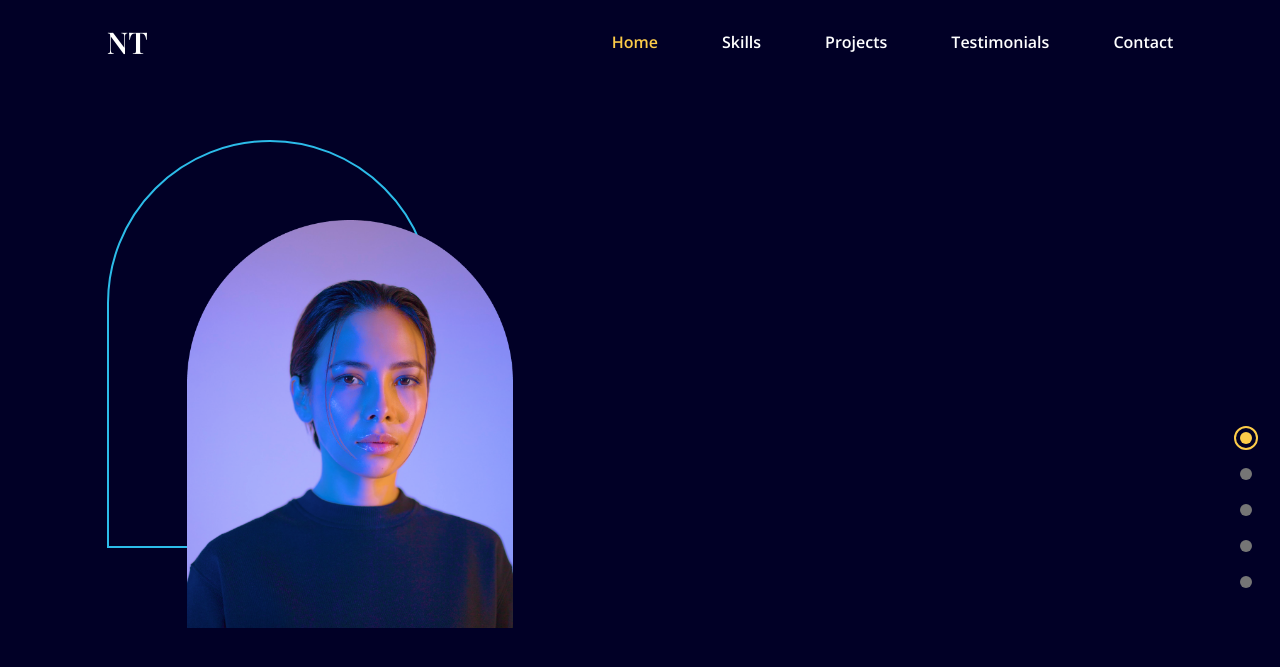
Repository: thibaultNicolas/portfolio-react
Page: /
These files come from the project's save history. The page is drawn as it stood at one moment and after a run of saves; the edit follows.
The browser window is 1280 px wide. The pictures show the whole page.
The project was rebuilt for these pictures with package versions that can differ from the ones it lists, and the page was loaded fresh each time. Also part of the build but not shown: next.config.ts.

Above is the page before, as saved 2023-01-08 10:35:42.

After the next 3 saves:
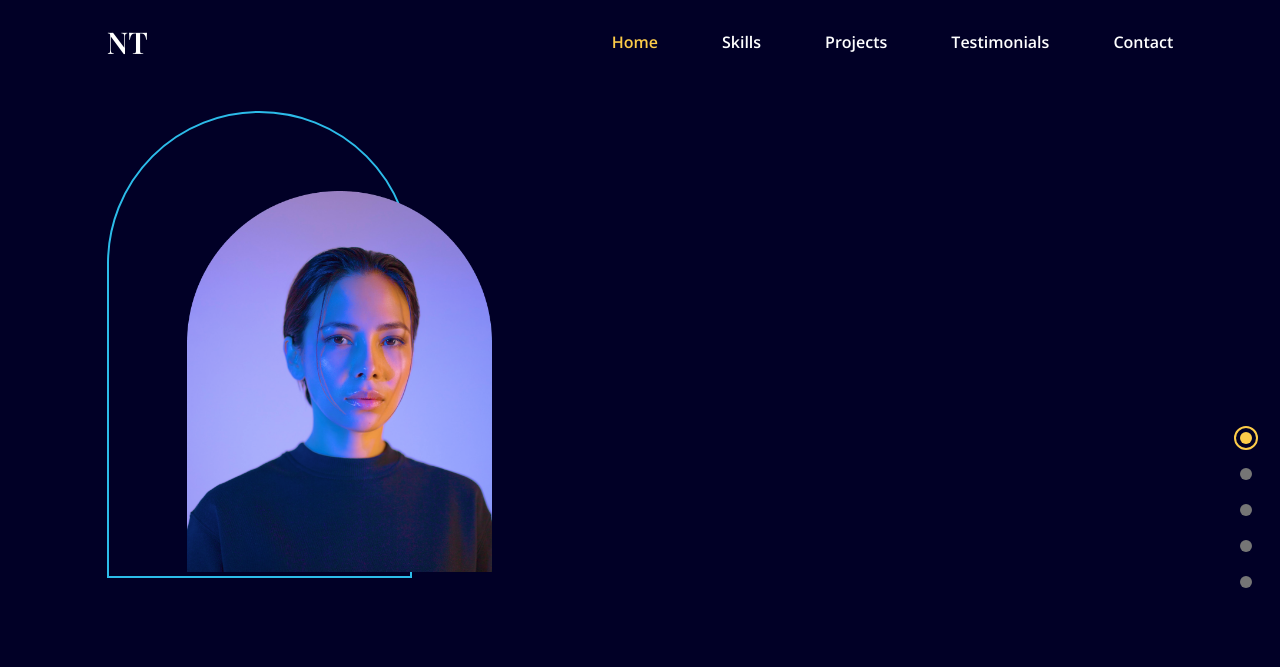
The 3 saves are shown as one change because they came seconds apart.
The last was saved 8 s later.
--- a/src/scenes/Landing.jsx
+++ b/src/scenes/Landing.jsx
@@ -42,7 +42,7 @@
                     >
                         <p className='text-6xl font-playfair z-10 text-center md:text-start'>Nicolas {""}
                         <span className='xs:relative xs:text-deep-blue xs:font-semibold z-20
-                        xs:before:
+                        xs:before:content-brush
                         '>
                             Thibault
                         </span>

After the 3 saves that followed:
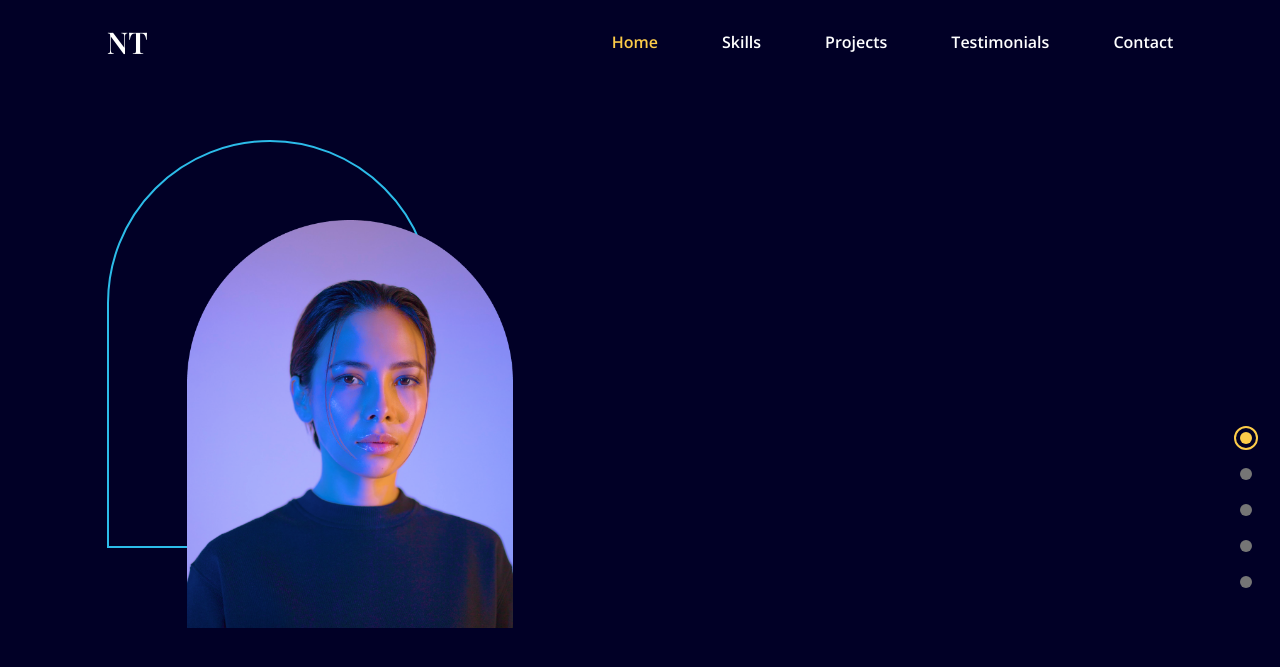
The 3 saves are shown as one change because 1 left the picture as it was and some came seconds apart.
The last was saved 55 s later.
--- a/src/scenes/Landing.jsx
+++ b/src/scenes/Landing.jsx
@@ -42,7 +42,7 @@
                     >
                         <p className='text-6xl font-playfair z-10 text-center md:text-start'>Nicolas {""}
                         <span className='xs:relative xs:text-deep-blue xs:font-semibold z-20
-                        xs:before:content-brush
+                        xs:before:content-brush before:absolute before:
                         '>
                             Thibault
                         </span>
